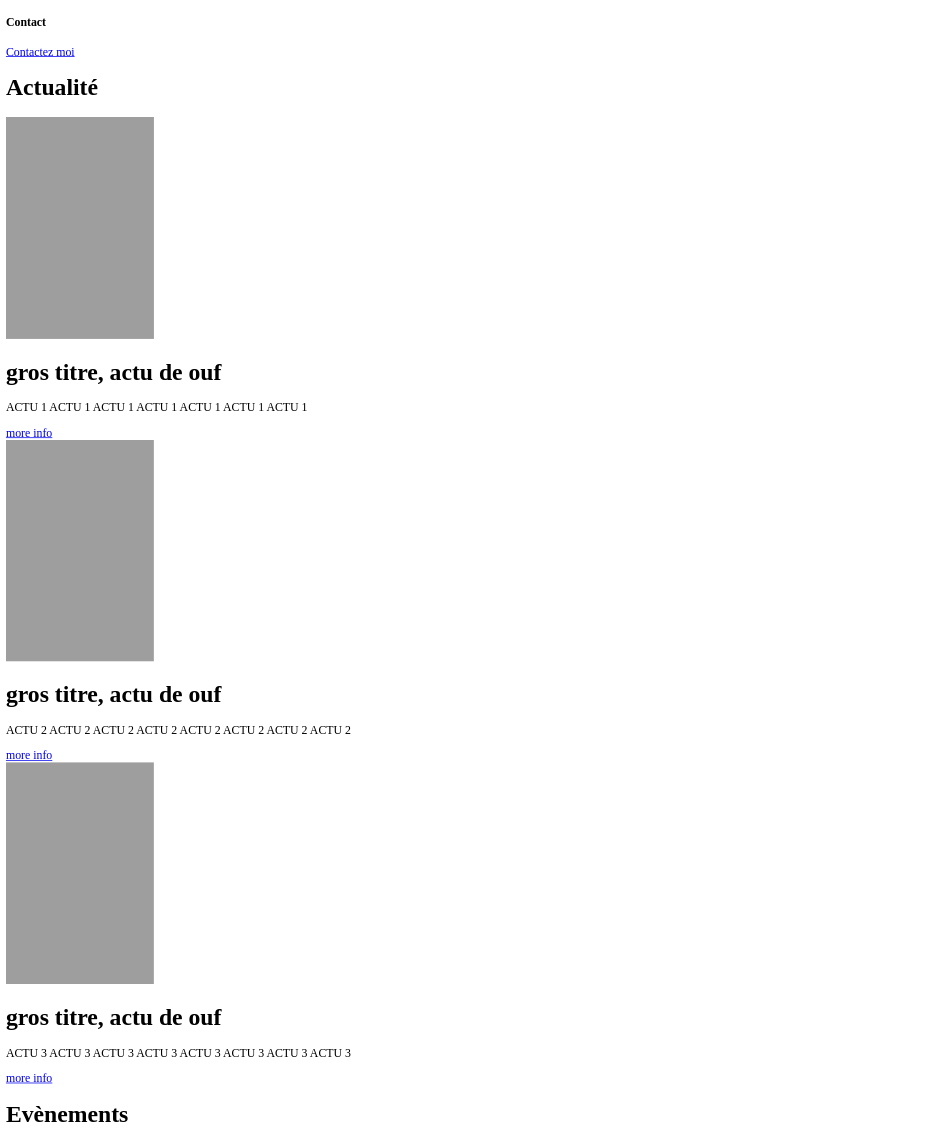
Repository: Mini-T/git-course
Page: index.html
An editor plug-in stored every save of this project. The page is shown before and after the next save, followed by the edit.
The browser window is 1280 px wide. The pictures show the whole page, at 74% of full size.
Pictures or frames that could not be fetched are drawn as grey boxes.

Above is the page before, as saved 2022-09-26 15:55:00.

### index.html
<!DOCTYPE html>
<html>
    <head>
        <title>Accueil</title>
    </head>
    <body>
        <h4>Contact</h4>
        <a href="contact.html">Contactez moi</a>
        <div>
            <h1>Actualité</h1>
            <div>
                <img src="https://picsum.photos/200/300?random=1" />
                <div>
                  <h1>gros titre, actu de ouf</h1>
                  <p>ACTU 1 ACTU 1 ACTU 1 ACTU 1 ACTU 1 ACTU 1 ACTU 1</p>
                  <a href="./single-actualite_1.html">more info</a>
                </div>
              </div>
              <div>
                <img src="https://picsum.photos/200/300?random=2" alt="actu" />
                <div>
                  <h1>gros titre, actu de ouf</h1>
                  <p>ACTU 2 ACTU 2 ACTU 2 ACTU 2 ACTU 2 ACTU 2 ACTU 2 ACTU 2</p>
                  <a href="./single-actualite_2.html">more info</a>
                </div>
              </div>
              <div>
                <img src="https://picsum.photos/200/300?random=3" alt="actu" />
                <div>
                  <h1>gros titre, actu de ouf</h1>
                  <p>ACTU 3 ACTU 3 ACTU 3 ACTU 3 ACTU 3 ACTU 3 ACTU 3 ACTU 3</p>
                  <a href="./single-actualite_3.html">more info</a>
                </div>
              </div>
        </div>
        <div>
            <h1>Evènements</h1>

        </div>
    </body>
</html>

After the next save:
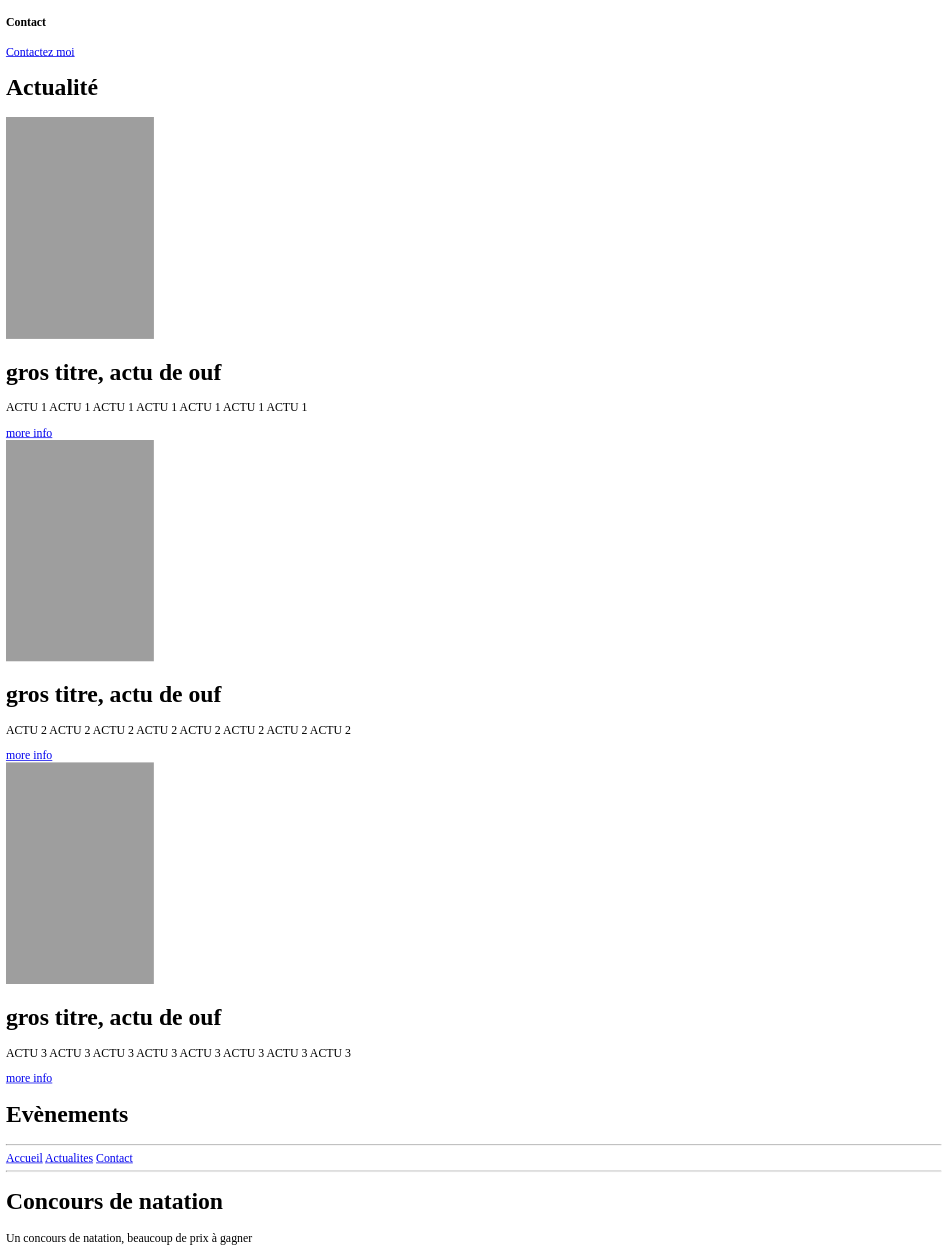
Saved 13 s later.
--- a/index.html
+++ b/index.html
@@ -35,7 +35,15 @@
         </div>
         <div>
             <h1>Evènements</h1>
-
+            <div>
+                <hr>
+                <a href="../index.html">Accueil</a>
+                <a href="../actualites/actualite.html">Actualites</a>
+                <a href="../contact.html">Contact</a>
+                <hr>
+            </div>
+            <h1>Concours de natation</h1>
+            <p>Un concours de natation, beaucoup de prix à gagner</p>
         </div>
     </body>
 </html>
